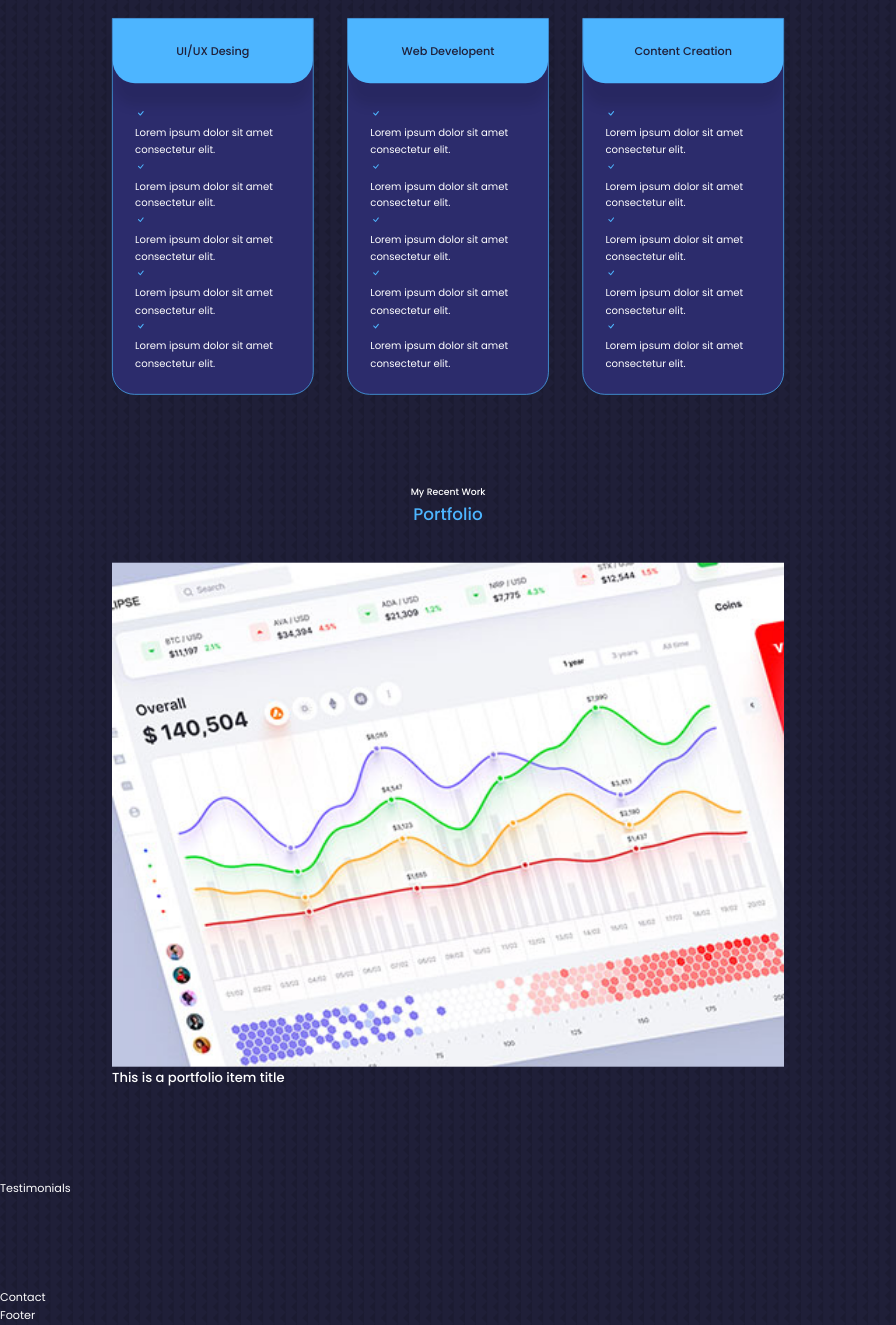
Repository: YuriSarmanho/Portifolio-
Page: / (app in portifolio/)
An editor plug-in stored every save of this project. The page is shown before and after a run of saves, followed by the edit.
The browser window is 1280 px wide. The pictures show the part of the page from y = 2237 to 4157 px (the page is 4130 px tall before and 4157 px after), at 70% of full size.
The project was rebuilt for these pictures with package versions that can differ from the ones it lists, and the page was loaded fresh each time. Also part of the build but not shown: portifolio/src/Components/Contact/Contact.css, portifolio/src/Components/Testimonials/Testimonials.css, portifolio/src/Components/Portfolio/Portfolio.css. Imported but missing from the stored project, and not drawn on this page: portifolio/src/assets/cv.pdf.

Above is the page before, as saved 2022-05-25 10:27:22.

### portifolio/public/index.html
<!DOCTYPE html>
<html lang="pt-br">
<head>
    <meta charset="UTF-8">
    <meta http-equiv="X-UA-Compatible" content="IE=edge">
    <meta name="viewport" content="width=device-width, initial-scale=1.0">
    <title>Yuri Sarmanho Monteiro</title>
</head>
<body>
    <div id="root"></div>
</body>
</html>

### portifolio/src/App.jsx
import React from "react";
import './index.css'

import Header from "./Components/Header/Header";
import About from "./Components/About/About";
import Contact from "./Components/Contact/Contact";
import Experience from "./Components/Experience/Experience";
import Footer from "./Components/Footer/Footer";
import Nav from "./Components/Nav/Nav";
import Testimonials from "./Components/Testimonials/Testimonials";
import Service from "./Components/Service/Service";
import Portfolio from "./Components/Portfolio/Portfolio";



const App = () => {
  return (
    <>
      <Header />
      <Nav/>
      <About />
      <Experience/>
      <Service/>
      <Portfolio/>
      <Testimonials/>
      <Contact/>
      <Footer/>
    </>
  );
};

export default App;

### portifolio/src/index.css
@import url('https://fonts.googleapis.com/css2?family=Poppins:wght@300;400;500;600&display=swap');

* {
  margin: 0;
  padding: 0;
  border: 0;
  outline: 0;
  box-sizing: border-box;
  list-style: none;
  text-decoration: none;
}
:root {
  --color-bg: #1f1f38;
  --color-bg-variant: #2c2c6c;
  --color-primary: #4db5ff;
  --color-primary-variant: rgba(77, 181, 255, 0.4);
  --color-white: #fff;
  --color-light: rgba(255, 255, 255, 0.6);

  --transition: all 400ms ease;

  --container-width-lg: 75%;
  --container-width-md: 86%;
  --container-width-sm: 90%;
}
html {
  scroll-behavior: smooth;
}
::-webkit-scrollbar {
  display: none;
}

body {
  font-family: "Poppins", sans-serif;
  background-color: var(--color-bg);
  color: var(--color-white);
  line-height: 1.7;
  background-image: url(../src/assets/bg-texture.png);
}

.container {
  width: var(--container-width-lg);
  margin: 0 auto;
}

h1,
h2,
h3,
h4,
h5 {
  font-weight: 500;
}
h1 {
  font-size: 2.5rem;
}
section {
  margin-top: 8rem;
}
section > h2,
section > h5 {
  text-align: center;
  color: var(--color-ligth);
}

section > h2 {
  color: var(--color-primary);
  margin-bottom: 3rem;
}

.text-light {
  color: var(--color-light);
}
a {
  color: var(--color-primary);
  transition: var(--transition);
}
a:hover{
    color: var(--color-white);
}
.btn{
    width: max-content;
    display: inline-block;
    color: var(--color-primary);
    padding: 0.75rem 1.2rem;
    border-radius: 0.4rem;
    cursor: pointer;
    border: 1px solid var(--color-primary);
    transition: var(--transition);
}

.btn:hover{
    background-color: var(--color-white);
    color: var(--color-bg);
    border: transparent;
}

.btn-primary{
    background-color: var(--color-primary);
    color: var(--color-bg);
}

img{
  display: block;
  width: 100%;
  object-fit: cover;
}

/*MEDIUM DEVICE*/
@media screen and (max-width:1024px){
    .container{
        width: var(--container-width-md);
    }
    section{
        margin-top: 6rem;
    }
}

/*SMALL DEVICE*/
@media screen and (max-width:600px){
    .container{
        width: var(--container-width-sm);
    }
    section > h2{
        margin-bottom: 2rem;
    }
}

### portifolio/src/Components/Header/Header.jsx
import React from 'react'
import CTA from './CTA'
import ME from '../../assets/me.png'
import HeaderSocials from './HeaderSocials'
import './Header.css'

const header = () => {
  return (
    <header>
      <div className="container header__container">
        <h5>Hello i'm</h5>
        <h1>Yuri Sarmanho Monteiro</h1>
        <h5 className="text-light">Frontend Developer</h5>
        <CTA />
        <HeaderSocials/>
        <div className="me">
          <img src={ME} alt="foto de perfil" />
        </div>
      </div>
    </header>
  )
}

export default header

### portifolio/src/Components/About/About.jsx
import React from "react";
import ME from "../../assets/me-about.jpg";
import { FaAward } from "react-icons/fa";
import { FiUser } from "react-icons/fi";
import { VscFolderLibrary } from "react-icons/vsc";
import "./About.css";

const About = () => {
  return (
    //refactor
    <section id="about">
      <h5>Get know</h5>
      <h2>About Me</h2>

      <div className="container about__container">
        <div className="about__me">
          <div className="about__me-image">
            <img src={ME} alt="minha foto" />
          </div>
        </div>

        <div className="about__content">
          <div className="about__cards">
            <article className="about__card">
              <FaAward className="about__icon" />
              <h5>Experience</h5>
              <small>3+ Years Working</small>
            </article>

            <article className="about__card">
              <FiUser className="about__icon" />
              <h5>Clients</h5>
              <small>200+ Worldwide</small>
            </article>

            <article className="about__card">
              <VscFolderLibrary className="about__icon" />
              <h5>Projects</h5>
              <small>80+ Completed</small>
            </article>
          </div>
          <p>
              Lorem ipsum dolor sit, amet consectetur adipisicing elit. A,
              aspernatur ab fugit minima consequatur perferendis omnis, quaerat
              repellat quidem nam nemo possimus illum facilis, molestias
              repellendus. Assumenda distinctio eveniet dolores.
            </p>
            <a href="#contact" className='btn btn-primary'>
              Lets talk
            </a>
        </div>
      </div>
    </section>
  );
};

export default About;

### portifolio/src/Components/Contact/Contact.jsx
import React from 'react'
import './Contact.css'
const Contact = () => {
  return (
    <section id='contact'>Contact</section>
  )
}

export default Contact

### portifolio/src/Components/Nav/Nav.jsx
import React, { useState } from "react";
import { AiOutlineHome } from "react-icons/ai";
import { AiOutlineUser } from "react-icons/ai";
import { BiBookAlt } from "react-icons/bi";
import { RiServiceLine } from "react-icons/ri";
import { BiMessageSquareDetail } from "react-icons/bi";
import "./Nav.css";

const Nav = () => {
  const [activeNav, setActiveNav] = useState("#");
  //Refatorar essa parte dps que acabar o projeto
  return (
    <nav>
      <a
        href="#"
        onClick={() => setActiveNav("#")}
        className={activeNav === "#" ? "active" : ""}
      >
        <AiOutlineHome />
      </a>
      <a
        href="#about"
        onClick={() => setActiveNav("#about")}
        className={activeNav === "#about" ? "active" : ""}
      >
        <AiOutlineUser />
      </a>
      <a
        href="#experience"
        onClick={() => setActiveNav("#experience")}
        className={activeNav === "#experience" ? "active" : ""}
      >
        <BiBookAlt />
      </a>
      <a
        href="#service"
        onClick={() => setActiveNav("#service")}
        className={activeNav === "#service" ? "active" : ""}
      >
        <RiServiceLine />
      </a>
      <a
        href="#contact"
        onClick={() => setActiveNav("#contact")}
        className={activeNav === "#contact" ? "active" : ""}
      >
        <BiMessageSquareDetail />
      </a>
    </nav>
  );
};

export default Nav;

### portifolio/src/Components/Testimonials/Testimonials.jsx
import React from 'react'
import './Testimonials.css'
const Testimonials = () => {
  return (
    <section id='testimonials'>Testimonials</section>
  )
}

export default Testimonials

### portifolio/src/Components/Service/Service.jsx
import React from 'react'
import {BsCheck} from 'react-icons/bs'
import './Service.css'

const Service = () => {
  return (
    <section id='service'>
      <h5>What I Offer</h5>
      <h2>Service</h2>

      <div className="container service__container">
        <article className="service">
          <div className="service__head">
            <h3>UI/UX Desing</h3>
          </div>
          <ul className="service__list">
            <li>
              <BsCheck className='service__list-icon'></BsCheck>
              <p>Lorem ipsum dolor sit amet consectetur elit.</p>
            </li>
            <li>
              <BsCheck className='service__list-icon'></BsCheck>
              <p>Lorem ipsum dolor sit amet consectetur elit.</p>
            </li>
            <li>
              <BsCheck className='service__list-icon'></BsCheck>
              <p>Lorem ipsum dolor sit amet consectetur elit.</p>
            </li>
            <li>
              <BsCheck className='service__list-icon'></BsCheck>
              <p>Lorem ipsum dolor sit amet consectetur elit.</p>
            </li>
            <li>
              <BsCheck className='service__list-icon'></BsCheck>
              <p>Lorem ipsum dolor sit amet consectetur elit.</p>
            </li>
          </ul>
        </article>
        {/* END OF UI/UX */}
        <article className="service">
          <div className="service__head">
            <h3>Web Developent</h3>
          </div>
          <ul className="service__list">
            <li>
              <BsCheck className='service__list-icon'></BsCheck>
              <p>Lorem ipsum dolor sit amet consectetur elit.</p>
            </li>
            <li>
              <BsCheck className='service__list-icon'></BsCheck>
              <p>Lorem ipsum dolor sit amet consectetur elit.</p>
            </li>
            <li>
              <BsCheck className='service__list-icon'></BsCheck>
              <p>Lorem ipsum dolor sit amet consectetur elit.</p>
            </li>
            <li>
              <BsCheck className='service__list-icon'></BsCheck>
              <p>Lorem ipsum dolor sit amet consectetur elit.</p>
            </li>
            <li>
              <BsCheck className='service__list-icon'></BsCheck>
              <p>Lorem ipsum dolor sit amet consectetur elit.</p>
            </li>
          </ul>
        </article>
        {/* WEB DEVELOPMENT*/}
        <article className="service">
          <div className="service__head">
            <h3>Content Creation</h3>
          </div>
          <ul className="service__list">
            <li>
              <BsCheck className='service__list-icon'></BsCheck>
              <p>Lorem ipsum dolor sit amet consectetur elit.</p>
            </li>
            <li>
              <BsCheck className='service__list-icon'></BsCheck>
              <p>Lorem ipsum dolor sit amet consectetur elit.</p>
            </li>
            <li>
              <BsCheck className='service__list-icon'></BsCheck>
              <p>Lorem ipsum dolor sit amet consectetur elit.</p>
            </li>
            <li>
              <BsCheck className='service__list-icon'></BsCheck>
              <p>Lorem ipsum dolor sit amet consectetur elit.</p>
            </li>
            <li>
              <BsCheck className='service__list-icon'></BsCheck>
              <p>Lorem ipsum dolor sit amet consectetur elit.</p>
            </li>
          </ul>
        </article>
        {/* CONTENT CREATION */}
      </div>
    </section>
  )
}

export default Service

### portifolio/src/Components/Portfolio/Portfolio.jsx
import React from "react";
import "./Portfolio.css";
import IMG1 from '../../assets/portfolio1.jpg'
import IMG2 from '../../assets/portfolio2.jpg'
import IMG3 from '../../assets/portfolio3.jpg'
import IMG4 from '../../assets/portfolio4.jpg'
import IMG5 from '../../assets/portfolio5.png'
import IMG6 from '../../assets/portfolio6.jpg'

const Portfolio = () => {
  return (
    <section>
      <h5>My Recent Work</h5>
      <h2>Portfolio</h2>
      <div className="container portfolio__container">
        <article className="portfolio__item">
          <div className="portfolio__item-image">
            <img src={IMG1} alt="" />
          </div>
          <h3>This is a portfolio item title</h3>
                  </article>
      </div>
    </section>
  );
};

export default Portfolio;

### portifolio/src/Components/Header/CTA.jsx
import React from 'react'
import CV from '../../assets/cv.pdf'
const CTA = () => {
  return (
    <div className="cta">
        <a href={CV} download className='btn'>Download CV</a>
        <a href='#contact' className='btn btn-primary'>Lest's Talk</a>
    </div>
  )
}

export default CTA

### portifolio/src/Components/Header/HeaderSocials.jsx
import React from 'react'
import {BsLinkedin} from 'react-icons/bs'
import {FaGithub} from 'react-icons/fa'
import {FaDribbble} from 'react-icons/fa'
import './Header.css'

const HeaderSocials  = () => {
  return (
      <div className="header__socials">
          <a href="http://linkedin.com" target="_blank"><BsLinkedin/></a>
          <a href="http://github.com" target="_blank"><FaGithub/></a>
          <a href="http://dribbble.com" target="_blank"><FaDribbble/></a>
      </div>
  )
}

export default HeaderSocials

### portifolio/src/Components/Header/Header.css
header {
  height: 100vh;
  padding-top: 7rem;
  overflow: hidden;
}

.header__container {
  text-align: center;
  height: 100%;
  position: relative;
}

.cta {
  margin-top: 2.5rem;
  display: flex;
  gap: 1.2rem;
  justify-content: center;
}
.header__socials {
  display: flex;
  flex-direction: column;
  align-items: center;
  gap: 0.8rem;
  position: absolute;
  left: 0;
  bottom: 3rem;
}

.header__socials::after {
  content: "";
  width: 1px;
  height: 2rem;
  background-color: var(--color-primary);
}

.me {
  background: linear-gradient(var(--color-primary), transparent);
  width: 22rem;
  height: 30rem;
  position: absolute;
  left: calc(50% - 11rem);
  margin-top: 4rem;
  border-radius: 12rem 12rem 0 0;
  overflow: hidden;
  padding: 5rem 1.5rem 1.5rem 1.5rem;
}

.scroll__down {
  position: absolute;
  right: -2.3rem;
  bottom: 5rem;
  transform: rotate(90deg);
  font-weight: 300;
  font-size: 0.9rem;
}

/*MEDIUM DEVICE*/
@media screen and (max-width: 1024px) {
  header {
    height: 68vh;
  }
}

/*SMALL DEVICE*/
@media screen and (max-width: 600px) {
  header {
    height: 100vh;
  }
  .header__socials,
  .scroll__down {
    display: none;
  }
}

### portifolio/src/Components/About/About.css
.about__container {
  display: grid;
  grid-template-columns: 35% 50%;
  gap: 15%;
}

.about__me {
  width: 100%;
  aspect-ratio: 1/1;
  border-radius: 2rem;
  background: linear-gradient(
    45deg,
    transparent,
    var(--color-primary),
    transparent
  );
  display: grid;
  place-content: center;
}

.about__me-image {
  border-radius: 2rem;
  overflow: hidden;
  transform: rotate(10deg);
  transition: var(--transition);
}

.about__me-image:hover {
  transform: rotate(0);
}
.about__cards {
  display:grid;
  grid-template-columns: repeat(3, 1fr);
  gap: 1.5rem;
}

.about__card {
  background: var(--color-bg-variant);
  border: 1px solid transparent;
  border-radius: 1rem;
  padding: 2rem;
  text-align: center;
  transition: var(--transition);
}

.about__card:hover {
  background: transparent;
  border-color: var(--color-primary-variant);
  cursor: default;
}
.about__icon {
  color: var(--color-primary);
  font-size: 1.4rem;
  margin-bottom: 1rem;
}
.about__card h5 {
  font-size: 0.95rem;
}

.about__card small{
    font-size: .7rem;
    color: var(--color-light);
}
.about__content p{
    margin: 2rem 0 2.6rem;
    color: var(--color-light);
}

/*MEDIUM DEVICE*/
@media screen and (max-width: 1024px) {
    .about__container{
        grid-template-columns: 1fr;
    }
    .about__me{
        width: 50%;
        margin: 2rem auto 4rem;
    }
    .about__content p{
        margin: 1rem 0 1.5rem;
    }
}

/*SMALL DEVICE*/
@media screen and (max-width: 600px) {
    .about__me{
        width: 65%;
        margin: 0 auto 3rem;
    }
    .about__cards{
        grid-template-columns: 1fr 1fr;
        gap: 1rem;
    }
    .about__content{
        text-align: center;
    }
    .about__container p{
        margin: 1.5rem;
    }
  }

### portifolio/src/Components/Experience/Experience.css
.experience__container {
  display: grid;
  grid-template-columns: 1fr 1fr;
  gap: 2rem;
}

.experience__container > div {
  background: var(--color-bg-variant);
  padding: 2.4rem 5rem;
  border-radius: 2rem;
  border: 1px solid transparent;
}
.experience__container > div:hover {
  background: transparent;
  border-color: var(--color-bg-variant);
  cursor: default;
}

.experience__container > div h3 {
  text-align: center;
  margin-bottom: 2rem;
  color: var(--color-primary);
}

.experience__content {
  display: grid;
  grid-template-columns: 1fr 1fr;
  row-gap: 2rem;
}
.experience__details {
  display: flex;
  gap: 1rem;
}
.experience__details-icon {
  margin-top: 6px;
  color: var(--color-primary);
}

/*MEDIUM DEVICE*/
@media screen and (max-width: 1024px) {
  .experience__container {
    grid-template-columns: 1fr;
  }
  .experience__container > div {
    width: 80%;
    padding: 2rem;
    margin: 0 auto;
  }
  .experience__content {
    padding: 1rem;
  }
}

/*SMALL DEVICE*/
@media screen and (max-width: 600px) {
  .experience__container {
    gap: 1rem;
  }
  .experience__container > div {
    width: 100%;
    padding: 2rem 1rem;
  }
}

### portifolio/src/Components/Nav/Nav.css
nav {
  background-color: rgba(0, 0, 0, 0.1);
  width: max-content;
  display: block;
  padding: 0.7rem 1.7rem;
  z-index: 2;
  position: fixed;
  left: 50%;
  transform: translate(-50%);
  bottom: 2rem;
  display: flex;
  gap: 0.8rem;
  border-radius: 3rem;
  backdrop-filter: blur(15px);
}

nav a {
  background: transparent;
  padding: 0.9rem;
  border-radius: 50%;
  display: flex;
  color: var(--color-light);
  font-size: 1.1rem;
}

nav a:hover {
  background-color: rgba(0, 0, 0, 0.3);
}

nav a.active {
  background: var(--color-bg);
  color: var(--color-white);
}

### portifolio/src/Components/Service/Service.css
.service__container{
    display: grid;
    grid-template-columns: repeat(3,1fr);
    gap: 3rem;
}

.service{
    background: var(--color-bg-variant);
    border-radius: 0 0 2rem 2rem;
    border: 1px solid var(--color-primary);
    height: fit-content;
    transition: var(--transition);
}

.service:hover{
background:transparent;
border: var(--color-bg-variant);
cursor: default;
}

.service__head{
    background-color: var(--color-primary);
    padding: 2rem;
    border-radius: 0 0 2rem 2rem ;
    box-shadow: 0 2rem 1rem rgba(0,0,0,0.1);
}

.service__head h3{
    color: var(--color-bg);
    font-size: 1rem;
    text-align: center;
}
.service__list{
    padding: 2rem;
}

service__list li{
    display: flex;
    gap: 1rem;
    margin-bottom: 0.8rem;
}

.service__list-icon{
    color: var(--color-primary);
    margin-top: 2px;
}

.service__list p{
    font-size: 0.9rem;
}

/*MEDIUM DEVICE*/
@media screen and (max-width: 1024px) {
  .service__container{
      grid-template-columns: 1fr 1fr;
      gap: 2rem;
  }
  .service{
      height: auto;
  }
}

  /*SMALL DEVICE*/
  @media screen and (max-width: 600px) {
    .service__container{
        grid-template-columns: 1fr;
        grid-area: 1.5rem ;
    }
}

Loaded but not shown: portifolio/src/Components/Footer/Footer.jsx (common file); portifolio/src/index.js (4 lines, source omitted); portifolio/src/Components/Experience/Experience.jsx (106 lines, source omitted)

After the next 4 saves:
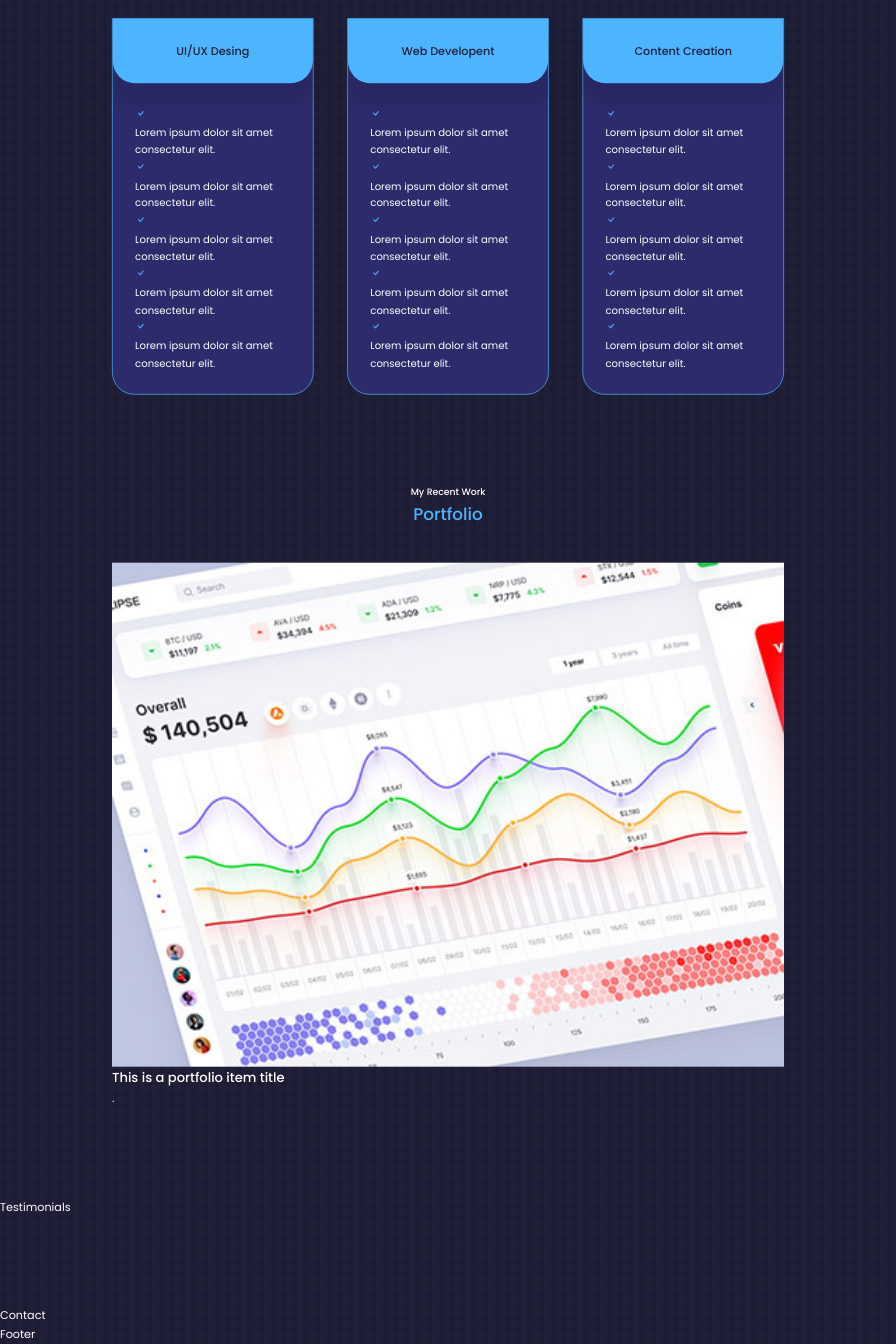
The 4 saves are shown as one change because they came seconds apart.
The last was saved 9 s later.
--- a/portifolio/src/Components/Portfolio/Portfolio.jsx
+++ b/portifolio/src/Components/Portfolio/Portfolio.jsx
@@ -1,11 +1,11 @@
 import React from "react";
 import "./Portfolio.css";
-import IMG1 from '../../assets/portfolio1.jpg'
-import IMG2 from '../../assets/portfolio2.jpg'
-import IMG3 from '../../assets/portfolio3.jpg'
-import IMG4 from '../../assets/portfolio4.jpg'
-import IMG5 from '../../assets/portfolio5.png'
-import IMG6 from '../../assets/portfolio6.jpg'
+import IMG1 from "../../assets/portfolio1.jpg";
+import IMG2 from "../../assets/portfolio2.jpg";
+import IMG3 from "../../assets/portfolio3.jpg";
+import IMG4 from "../../assets/portfolio4.jpg";
+import IMG5 from "../../assets/portfolio5.png";
+import IMG6 from "../../assets/portfolio6.jpg";
 
 const Portfolio = () => {
   return (
@@ -18,7 +18,8 @@
             <img src={IMG1} alt="" />
           </div>
           <h3>This is a portfolio item title</h3>
-                  </article>
+          .
+        </article>
       </div>
     </section>
   );
